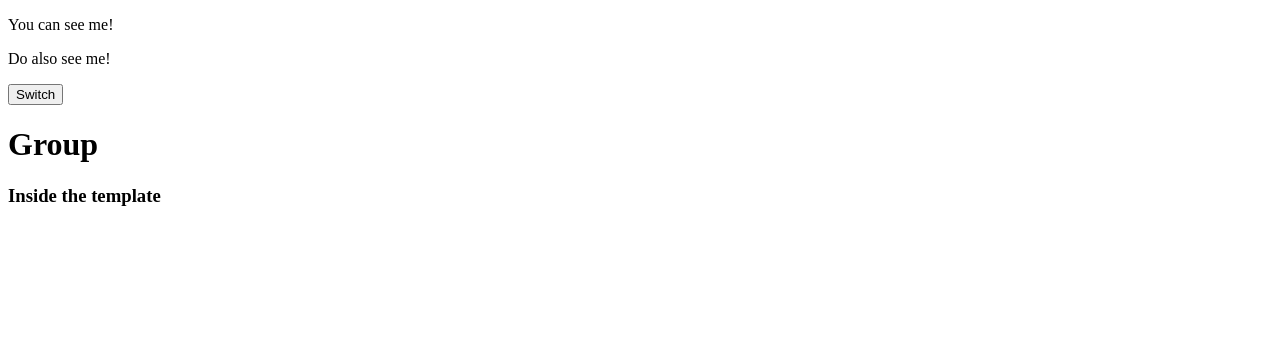
Repository: wojkos/Learn
Page: Vue/index.1.html
These files come from the project's save history. The page is drawn as it stood at one moment and after the next save; the edit follows.
The browser window is 1280 px wide. The pictures show the whole page.

Above is the page before, as saved 2018-04-10 23:40:05.

After the next save:
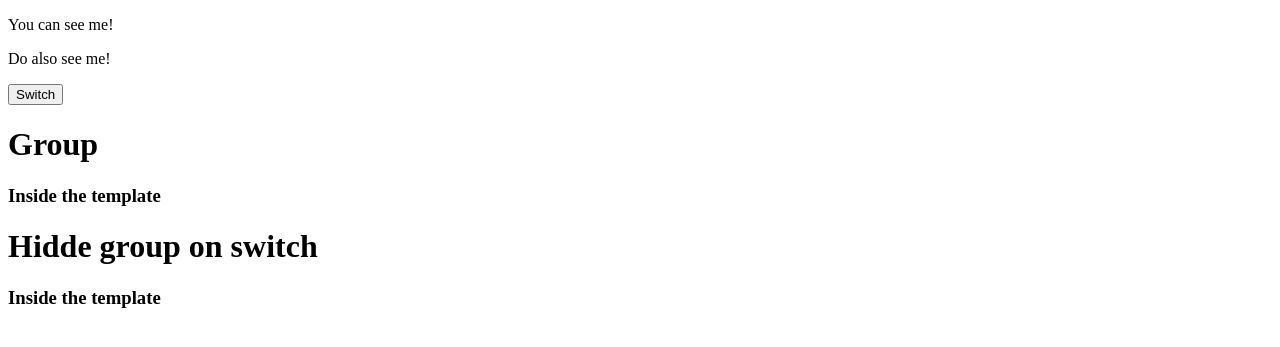
Saved 2 min 3 s later.
--- a/Vue/index.1.html
+++ b/Vue/index.1.html
@@ -19,6 +19,10 @@
             <h1>Group</h1>
             <h3>Inside the template</h3>
         </template>
+        <template v-show="show">
+            <h1>Hidde group on switch</h1>
+            <h3>Inside the template</h3>
+        </template>
     </div>
 
 
